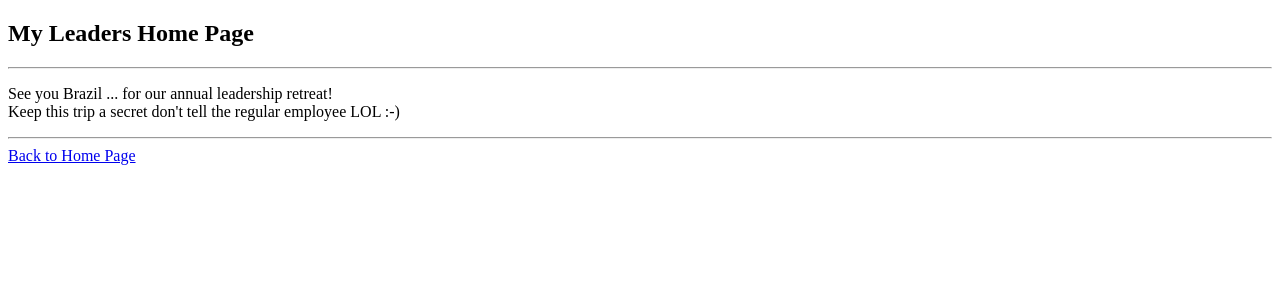
Repository: RKSAHOO4414/spring_basic
Page: http://localhost/spring-security-demo-07-user-roles/systems
An editor plug-in stored every save of this project. The page is shown before and after the next save, followed by the edit.
The browser window is 1280 px wide. The pictures show the whole page.
The page is served by Tomcat 9. Other server files are loaded and not shown.

Above is the page before, as saved 2022-07-22 11:39:05.

### spring-security-demo-07-user-roles/src/main/webapp/WEB-INF/view/systems.jsp
<%@ page language="java" contentType="text/html; charset=ISO-8859-1"
    pageEncoding="ISO-8859-1"%>
<!DOCTYPE html>
<html>
<head>
<meta charset="ISO-8859-1">
<title>my SYSTEMS Home Page</title>
</head>
<body>
	<h2>My Leaders Home Page</h2>
	<hr>

	<p>
		See you Brazil ... for our annual leadership retreat!
		<br>
		Keep this trip a secret don't tell the regular employee LOL :-)
	</p>

	<hr>
	<a href="${pageContext.request.contextPath}/">Back to Home Page</a>

</body>
</html>

After the next save:
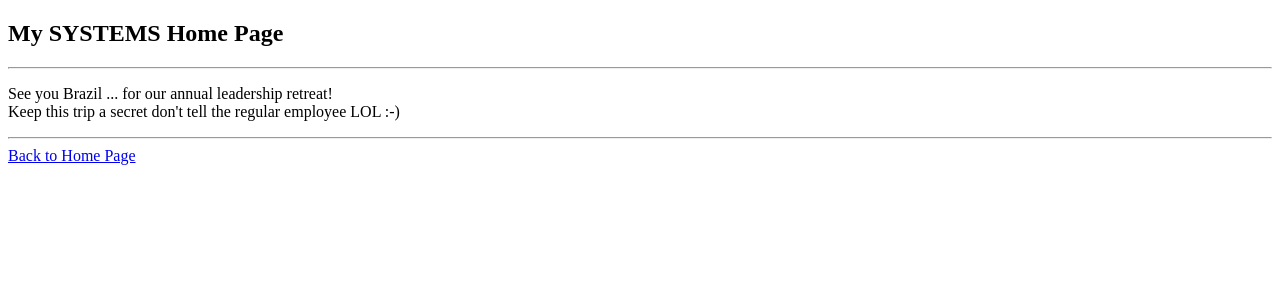
Saved 11 s later.
--- a/spring-security-demo-07-user-roles/src/main/webapp/WEB-INF/view/systems.jsp
+++ b/spring-security-demo-07-user-roles/src/main/webapp/WEB-INF/view/systems.jsp
@@ -7,7 +7,7 @@
 <title>my SYSTEMS Home Page</title>
 </head>
 <body>
-	<h2>My Leaders Home Page</h2>
+	<h2>My SYSTEMS Home Page</h2>
 	<hr>
 
 	<p>
